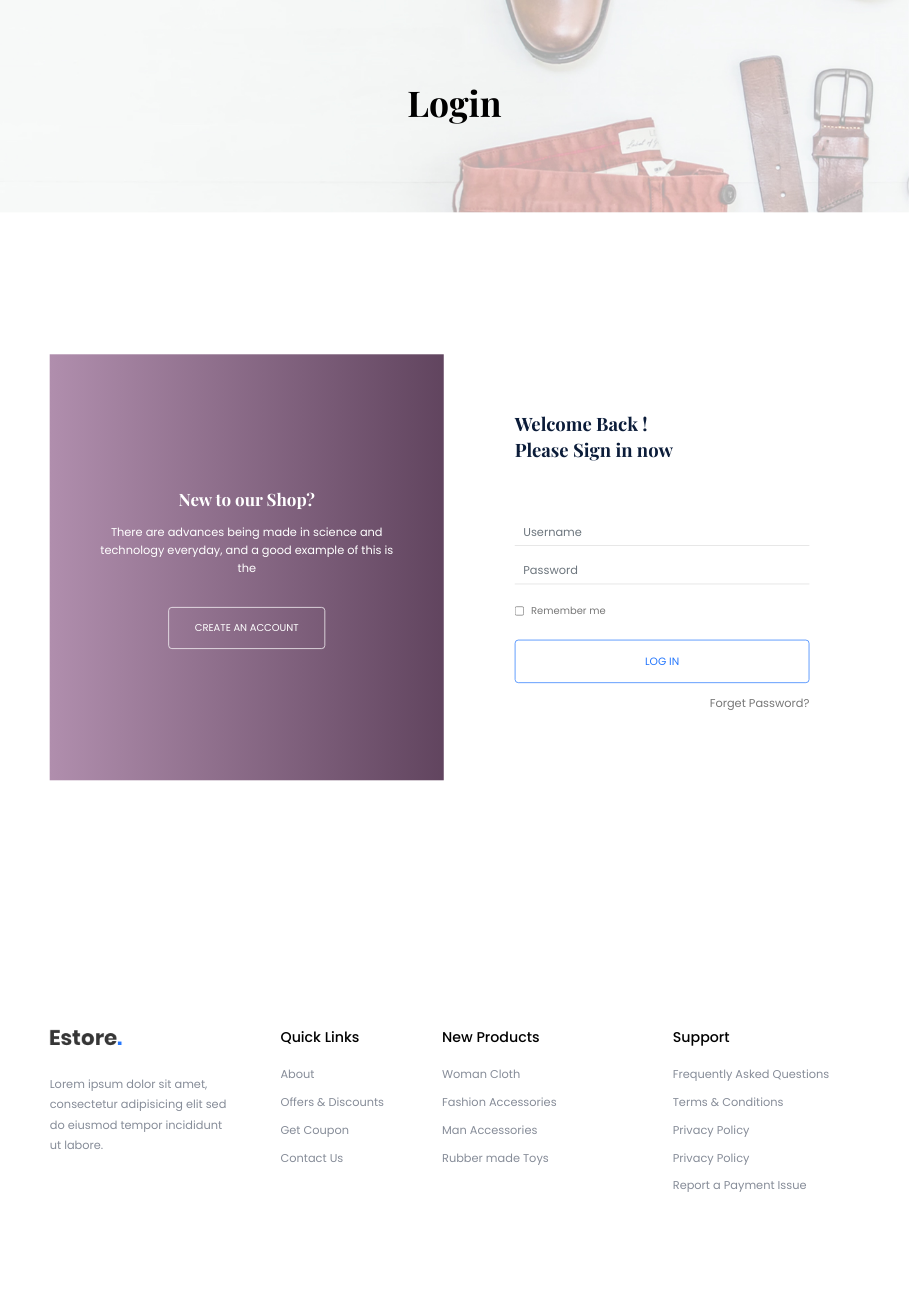
Repository: tuanloc782004/Estore-Bookshop-Website
Page: http://localhost/auth/login
An editor plug-in stored every save of this project. The page is shown before and after the next save, followed by the edit.
The browser window is 1280 px wide. The pictures show the whole page, at 71% of full size.
Some web fonts or font styles are not loaded; a fallback is used. The page is this project's Thymeleaf template; nobody is signed in. Other server files are loaded and not shown. The template is opened directly, without the code that normally fills it, so the values that code supplies are empty.

Above is the page before, as saved 2024-10-26 03:00:01.

### myscp/src/main/resources/templates/auth/login.html
<!doctype html>
<html lang="zxx" xmlns:th="http://www.thymeleaf.org"
	xmlns:sec="https://www.thymeleaf.org/extras/spring-security6">

<head th:replace="user/layout/head::head"></head>

<body>

	<!-- slider Area Start-->
	<div class="slider-area ">
		<!-- Mobile Menu -->
		<div class="single-slider slider-height2 d-flex align-items-center"
			data-background="assets/img/hero/category.jpg">
			<div class="container">
				<div class="row">
					<div class="col-xl-12">
						<div class="hero-cap text-center">
							<h2>Login</h2>
						</div>
					</div>
				</div>
			</div>
		</div>
	</div>
	<!-- slider Area End-->

	<!--================login_part Area =================-->
	<section class="login_part section_padding ">
		<div class="container">
			<div class="row align-items-center">
				<div class="col-lg-6 col-md-6">
					<div class="login_part_text text-center">
						<div class="login_part_text_iner">
							<h2>New to our Shop?</h2>
							<p>There are advances being made in science and technology
								everyday, and a good example of this is the</p>
							<a href="#" class="btn_3">Create an Account</a>
						</div>
					</div>
				</div>
				<div class="col-lg-6 col-md-6">
					<div class="login_part_form">
						<div class="login_part_form_iner">
							<h3>
								Welcome Back ! <br> Please Sign in now
							</h3>
							<form class="row contact_form" action="#" method="post"
								novalidate="novalidate">
								<div class="col-md-12 form-group p_star">
									<input type="text" class="form-control" id="name" name="name"
										value="" placeholder="Username">
								</div>
								<div class="col-md-12 form-group p_star">
									<input type="password" class="form-control" id="password"
										name="password" value="" placeholder="Password">
								</div>
								<div class="col-md-12 form-group">
									<div class="creat_account d-flex align-items-center">
										<input type="checkbox" id="f-option" name="selector">
										<label for="f-option">Remember me</label>
									</div>
									<button type="submit" value="submit" class="btn_3">
										log in</button>
									<a class="lost_pass" href="#">forget password?</a>
								</div>
							</form>
						</div>
					</div>
				</div>
			</div>
		</div>
	</section>
	<!--================login_part end =================-->

	<footer th:replace="user/layout/footer::footer"></footer>

	<div th:replace="user/layout/script::script"></div>

</body>

</html>

### myscp/src/main/resources/templates/user/layout/head.html
<head th:fragment="head">
<meta charset="utf-8">
<meta http-equiv="x-ua-compatible" content="ie=edge">
<title>Estore</title>
<meta name="description" content="">
<meta name="viewport" content="width=device-width, initial-scale=1">
<link rel="manifest" href="site.webmanifest">
<link rel="shortcut icon" type="image/x-icon"
	th:href="@{/assets/img/favicon.ico}">

<!-- CSS here -->
<link rel="stylesheet" th:href="@{/assets/css/bootstrap.min.css}">
<link rel="stylesheet" th:href="@{/assets/css/owl.carousel.min.css}">
<link rel="stylesheet" th:href="@{/assets/css/flaticon.css}">
<link rel="stylesheet" th:href="@{/assets/css/slicknav.css}">
<link rel="stylesheet" th:href="@{/assets/css/animate.min.css}">
<link rel="stylesheet" th:href="@{/assets/css/magnific-popup.css}">
<link rel="stylesheet" th:href="@{/assets/css/fontawesome-all.min.css}">
<link rel="stylesheet" th:href="@{/assets/css/themify-icons.css}">
<link rel="stylesheet" th:href="@{/assets/css/slick.css}">
<link rel="stylesheet" th:href="@{/assets/css/nice-select.css}">
<link rel="stylesheet" th:href="@{/assets/css/style.css}">
</head>

### myscp/src/main/resources/templates/user/layout/footer.html
<footer th:fragment="footer">

	<!-- Footer Start-->
	<div class="footer-area footer-padding">
		<div class="container">
			<div class="row d-flex justify-content-between">
				<div class="col-xl-3 col-lg-3 col-md-5 col-sm-6">
					<div class="single-footer-caption mb-50">
						<div class="single-footer-caption mb-30">
							<!-- logo -->
							<div class="footer-logo">
								<a href="index.html"><img
									th:src="@{/assets/img/logo/logo2_footer.png}" alt=""></a>
							</div>
							<div class="footer-tittle">
								<div class="footer-pera">
									<p>Lorem ipsum dolor sit amet, consectetur adipisicing elit
										sed do eiusmod tempor incididunt ut labore.</p>
								</div>
							</div>
						</div>
					</div>
				</div>
				<div class="col-xl-2 col-lg-3 col-md-3 col-sm-5">
					<div class="single-footer-caption mb-50">
						<div class="footer-tittle">
							<h4>Quick Links</h4>
							<ul>
								<li><a href="#">About</a></li>
								<li><a href="#"> Offers & Discounts</a></li>
								<li><a href="#"> Get Coupon</a></li>
								<li><a href="#"> Contact Us</a></li>
							</ul>
						</div>
					</div>
				</div>
				<div class="col-xl-3 col-lg-3 col-md-4 col-sm-7">
					<div class="single-footer-caption mb-50">
						<div class="footer-tittle">
							<h4>New Products</h4>
							<ul>
								<li><a href="#">Woman Cloth</a></li>
								<li><a href="#">Fashion Accessories</a></li>
								<li><a href="#"> Man Accessories</a></li>
								<li><a href="#"> Rubber made Toys</a></li>
							</ul>
						</div>
					</div>
				</div>
				<div class="col-xl-3 col-lg-3 col-md-5 col-sm-7">
					<div class="single-footer-caption mb-50">
						<div class="footer-tittle">
							<h4>Support</h4>
							<ul>
								<li><a href="#">Frequently Asked Questions</a></li>
								<li><a href="#">Terms & Conditions</a></li>
								<li><a href="#">Privacy Policy</a></li>
								<li><a href="#">Privacy Policy</a></li>
								<li><a href="#">Report a Payment Issue</a></li>
							</ul>
						</div>
					</div>
				</div>
			</div>
		</div>
	</div>
	<!-- Footer End-->

</footer>

### myscp/src/main/resources/templates/user/layout/script.html
<div th:fragment="script">
	<!-- JS here -->

	<!-- All JS Custom Plugins Link Here here -->
	<script th:src="@{/assets/js/vendor/modernizr-3.5.0.min.js}"></script>
	<!-- Jquery, Popper, Bootstrap -->
	<script th:src="@{/assets/js/vendor/jquery-1.12.4.min.js}"></script>
	<script th:src="@{/assets/js/popper.min.js}"></script>
	<script th:src="@{/assets/js/bootstrap.min.js}"></script>
	<!-- Jquery Mobile Menu -->
	<script th:src="@{/assets/js/jquery.slicknav.min.js}"></script>

	<!-- Jquery Slick , Owl-Carousel Plugins -->
	<script th:src="@{/assets/js/owl.carousel.min.js}"></script>
	<script th:src="@{/assets/js/slick.min.js}"></script>

	<!-- One Page, Animated-HeadLin -->
	<script th:src="@{/assets/js/wow.min.js}"></script>
	<script th:src="@{/assets/js/animated.headline.js}"></script>
	<script th:src="@{/assets/js/jquery.magnific-popup.js}"></script>

	<!-- Scrollup, nice-select, sticky -->
	<script th:src="@{/assets/js/jquery.scrollUp.min.js}"></script>
	<script th:src="@{/assets/js/jquery.nice-select.min.js}"></script>
	<script th:src="@{/assets/js/jquery.sticky.js}"></script>
	<script src="./assets/js/jquery.magnific-popup.js"></script>

	<!-- contact js -->
	<script th:src="@{/assets/js/contact.js}"></script>
	<script th:src="@{/assets/js/jquery.form.js}"></script>
	<script th:src="@{/assets/js/jquery.validate.min.js}"></script>
	<script th:src="@{/assets/js/mail-script.js}"></script>
	<script th:src="@{/assets/js/jquery.ajaxchimp.min.js}"></script>

	<!-- Jquery Plugins, main Jquery -->
	<script th:src="@{/assets/js/plugins.js}"></script>
	<script th:src="@{/assets/js/main.js}"></script>
</div>

### myscp/src/main/resources/static/assets/js/contact.js
$(document).ready(function(){

    (function($) {
        "use strict";


    jQuery.validator.addMethod('answercheck', function (value, element) {
        return this.optional(element) || /^\bcat\b$/.test(value)
    }, "type the correct answer -_-");

    // validate contactForm form
    $(function() {
        $('#contactForm').validate({
            rules: {
                name: {
                    required: true,
                    minlength: 2
                },
                subject: {
                    required: true,
                    minlength: 4
                },
                number: {
                    required: true,
                    minlength: 5
                },
                email: {
                    required: true,
                    email: true
                },
                message: {
                    required: true,
                    minlength: 20
                }
            },
            messages: {
                name: {
                    required: "come on, you have a name, don't you?",
                    minlength: "your name must consist of at least 2 characters"
                },
                subject: {
                    required: "come on, you have a subject, don't you?",
                    minlength: "your subject must consist of at least 4 characters"
                },
                number: {
                    required: "come on, you have a number, don't you?",
                    minlength: "your Number must consist of at least 5 characters"
                },
                email: {
                    required: "no email, no message"
                },
                message: {
                    required: "um...yea, you have to write something to send this form.",
                    minlength: "thats all? really?"
                }
            },
            submitHandler: function(form) {
                $(form).ajaxSubmit({
                    type:"POST",
                    data: $(form).serialize(),
                    url:"contact_process.php",
                    success: function() {
                        $('#contactForm :input').attr('disabled', 'disabled');
                        $('#contactForm').fadeTo( "slow", 1, function() {
                            $(this).find(':input').attr('disabled', 'disabled');
                            $(this).find('label').css('cursor','default');
                            $('#success').fadeIn()
                            $('.modal').modal('hide');
		                	$('#success').modal('show');
                        })
                    },
                    error: function() {
                        $('#contactForm').fadeTo( "slow", 1, function() {
                            $('#error').fadeIn()
                            $('.modal').modal('hide');
		                	$('#error').modal('show');
                        })
                    }
                })
            }
        })
    })

 })(jQuery)
})

### myscp/src/main/resources/static/assets/js/mail-script.js
    // -------   Mail Send ajax

     $(document).ready(function() {
        var form = $('#myForm'); // contact form
        var submit = $('.submit-btn'); // submit button
        var alert = $('.alert-msg'); // alert div for show alert message

        // form submit event
        form.on('submit', function(e) {
            e.preventDefault(); // prevent default form submit

            $.ajax({
                url: 'mail.php', // form action url
                type: 'POST', // form submit method get/post
                dataType: 'html', // request type html/json/xml
                data: form.serialize(), // serialize form data
                beforeSend: function() {
                    alert.fadeOut();
                    submit.html('Sending....'); // change submit button text
                },
                success: function(data) {
                    alert.html(data).fadeIn(); // fade in response data
                    form.trigger('reset'); // reset form
                    submit.attr("style", "display: none !important");; // reset submit button text
                },
                error: function(e) {
                    console.log(e)
                }
            });
        });
    });

### myscp/src/main/resources/static/assets/js/plugins.js
// Avoid `console` errors in browsers that lack a console.
(function() {
    var method;
    var noop = function () {};
    var methods = [
        'assert', 'clear', 'count', 'debug', 'dir', 'dirxml', 'error',
        'exception', 'group', 'groupCollapsed', 'groupEnd', 'info', 'log',
        'markTimeline', 'profile', 'profileEnd', 'table', 'time', 'timeEnd',
        'timeline', 'timelineEnd', 'timeStamp', 'trace', 'warn'
    ];
    var length = methods.length;
    var console = (window.console = window.console || {});

    while (length--) {
        method = methods[length];

        // Only stub undefined methods.
        if (!console[method]) {
            console[method] = noop;
        }
    }
}());

// Place any jQuery/helper plugins in here.

Loaded but not shown: myscp/src/main/resources/static/assets/css/bootstrap.min.css (library); myscp/src/main/resources/static/assets/css/owl.carousel.min.css (common file); myscp/src/main/resources/static/assets/css/flaticon.css (common file); myscp/src/main/resources/static/assets/css/slicknav.css (common file); myscp/src/main/resources/static/assets/css/animate.min.css (library); myscp/src/main/resources/static/assets/css/magnific-popup.css (library); myscp/src/main/resources/static/assets/css/fontawesome-all.min.css (library); myscp/src/main/resources/static/assets/css/themify-icons.css (common file); myscp/src/main/resources/static/assets/css/slick.css (common file); myscp/src/main/resources/static/assets/css/nice-select.css (common file); myscp/src/main/resources/static/assets/css/style.css (library); myscp/src/main/resources/static/assets/js/popper.min.js (library); myscp/src/main/resources/static/assets/js/bootstrap.min.js (library); myscp/src/main/resources/static/assets/js/jquery.slicknav.min.js (library); myscp/src/main/resources/static/assets/js/owl.carousel.min.js (library); myscp/src/main/resources/static/assets/js/slick.min.js (library); myscp/src/main/resources/static/assets/js/wow.min.js (library); myscp/src/main/resources/static/assets/js/animated.headline.js (common file); myscp/src/main/resources/static/assets/js/jquery.magnific-popup.js (library); myscp/src/main/resources/static/assets/js/jquery.scrollUp.min.js (common file); myscp/src/main/resources/static/assets/js/jquery.nice-select.min.js (common file); myscp/src/main/resources/static/assets/js/jquery.sticky.js (library); myscp/src/main/resources/static/assets/js/jquery.form.js (library); myscp/src/main/resources/static/assets/js/jquery.validate.min.js (library); myscp/src/main/resources/static/assets/js/jquery.ajaxchimp.min.js (library); myscp/src/main/resources/static/assets/js/main.js (520 lines, source omitted)

After the next save:
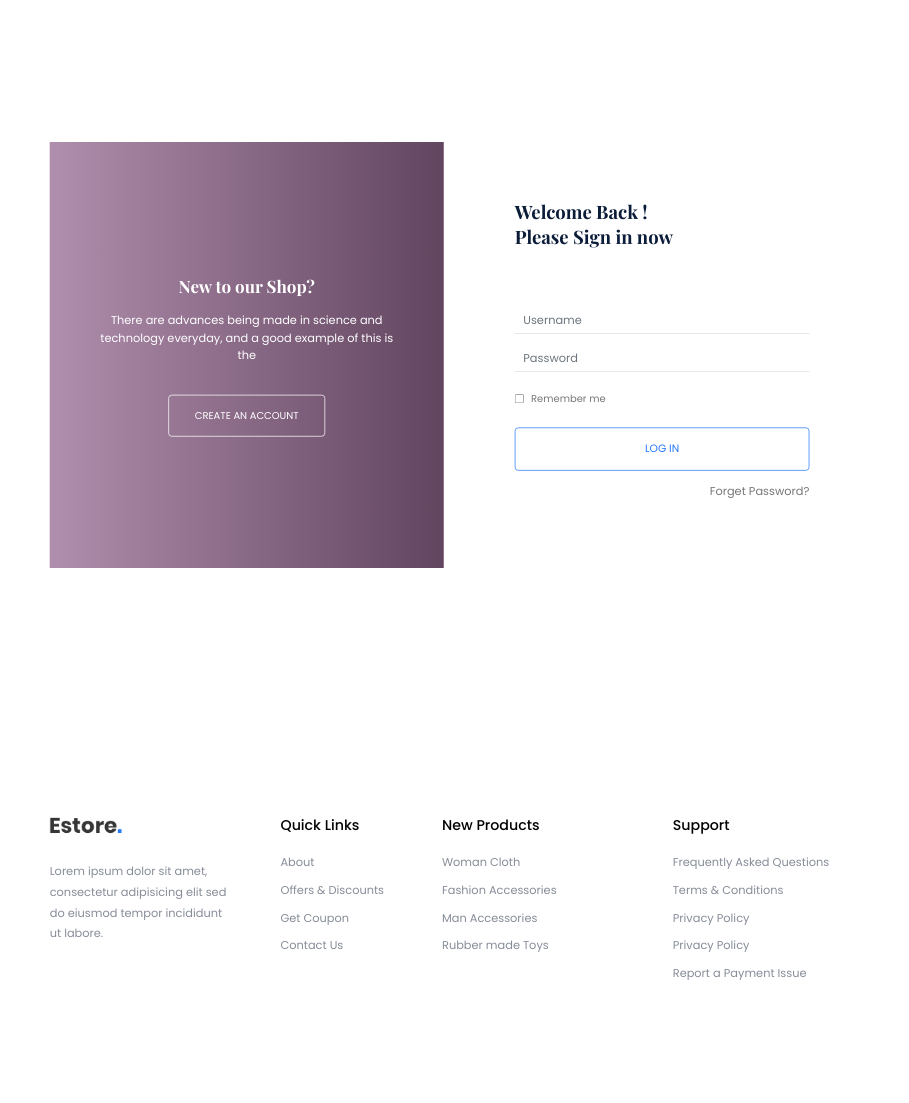
Saved 3 min 26 s later.
--- a/myscp/src/main/resources/templates/auth/login.html
+++ b/myscp/src/main/resources/templates/auth/login.html
@@ -5,24 +5,6 @@
 <head th:replace="user/layout/head::head"></head>
 
 <body>
-
-	<!-- slider Area Start-->
-	<div class="slider-area ">
-		<!-- Mobile Menu -->
-		<div class="single-slider slider-height2 d-flex align-items-center"
-			data-background="assets/img/hero/category.jpg">
-			<div class="container">
-				<div class="row">
-					<div class="col-xl-12">
-						<div class="hero-cap text-center">
-							<h2>Login</h2>
-						</div>
-					</div>
-				</div>
-			</div>
-		</div>
-	</div>
-	<!-- slider Area End-->
 
 	<!--================login_part Area =================-->
 	<section class="login_part section_padding ">
